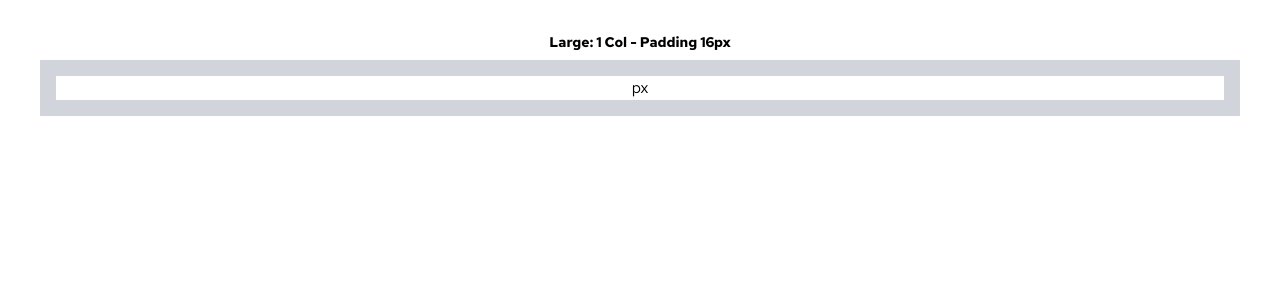
Repository: fabianwurk/vue-tailwind
Page: /
An editor plug-in stored every save of this project. The page is shown before and after the next save, followed by the edit.
The browser window is 1280 px wide. The pictures show the whole page.
The project was rebuilt for these pictures with package versions that can differ from the ones it lists, and the page was loaded fresh each time. Also part of the build but not shown: vite.config.js.

Above is the page before, as saved 2021-03-16 23:39:14.
Console error: TypeError: this.innerWidth is not a function

### index.html
<!DOCTYPE html>
<html lang="en">
  <head>
    <link rel="preconnect" href="https://fonts.gstatic.com">
<link href="https://fonts.googleapis.com/css2?family=Red+Hat+Text:wght@400;700&display=swap" rel="stylesheet">
    <meta charset="UTF-8" />
    <link rel="icon" href="/favicon.ico" />
    <meta name="viewport" content="width=device-width, initial-scale=1.0" />
    <title>Vite App</title>
  </head>
  <body>
    <div id="app"></div>
    <script type="module" src="/src/main.js"></script>
  </body>
</html>

### src/App.vue
<template>
  <Large />
  <!--<Medium />-->
</template>

<script setup>
import Large from './components/Large.vue';
// import Medium from './components/Medium.vue';

</script>

### src/index.css
/* ./src/index.css */
@tailwind base;

body {
  font-family: 'Red Hat Text', sans-serif;
}
@tailwind components;
@tailwind utilities;

### src/components/Large.vue
<template>
  <div>

    <div class="container mx-auto">
      <h2 class="text-sm font-bold mb-2 mt-8 text-center">
        <span class="hidden lg:inline-block">Large:</span> 1 Col - Padding 16px
      </h2>
      <div class="flex items-center">
        <div class="w-full bg-gray-300 mb-4 mt-0 py-4 px-4 text-center">
          <span class="bg-white w-full block" ref="boxWidth">{{width1}}px</span>
        </div>
      </div>
    </div>

  </div>
</template>

<script>
export default {
  data() {
    return {
      width1: null,
    };
  },
  mounted() {
  	this.innerWidth()
  },
  created() {
  window.addEventListener("resize", this.resizeWidthEvent);
  },
  destroyed() {
    window.removeEventListener("resize", this.resizeWidthEvent);
  },
  methods: {
    resizeWidthEvent(e) {
      this.width1 = this.$refs.boxWidth.clientWidth;
    }
  }
}
</script>

### tailwind.config.js
module.exports = {
  purge: ['./index.html', './src/**/*.{vue,js,ts,jsx,tsx}'],
  darkMode: false, // or 'media' or 'class'
  theme: {
    extend: {
      container: {
        'md': {'max': '768px'},
      },
      screens: {
        'xl': {'min': '1200px', 'max': '1280px'},
        '2xl': {'max': '1280px'},
      },
    },
  },
  variants: {
    extend: {},
  },
  plugins: [],
}

Loaded but not shown: src/main.js (common file)

After the next save:
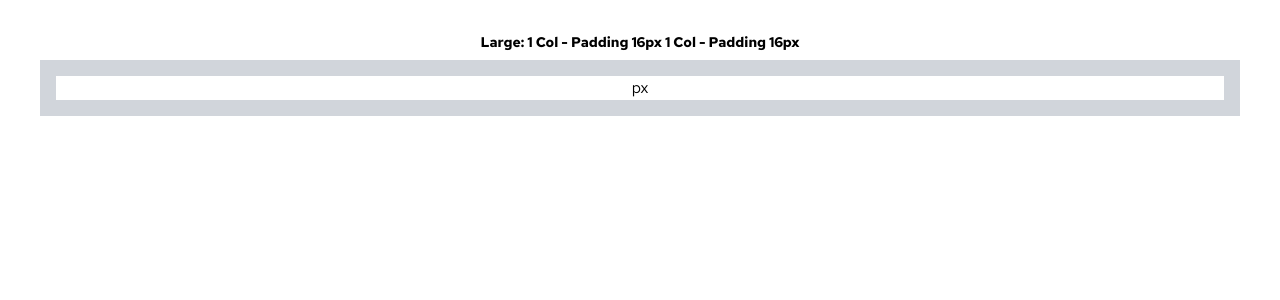
Saved 46 s later.
--- a/src/components/Large.vue
+++ b/src/components/Large.vue
@@ -4,6 +4,7 @@
     <div class="container mx-auto">
       <h2 class="text-sm font-bold mb-2 mt-8 text-center">
         <span class="hidden lg:inline-block">Large:</span> 1 Col - Padding 16px
+        <span class="hidden md:inline-block lg:hidden">Medium:</span> 1 Col - Padding 16px
       </h2>
       <div class="flex items-center">
         <div class="w-full bg-gray-300 mb-4 mt-0 py-4 px-4 text-center">
